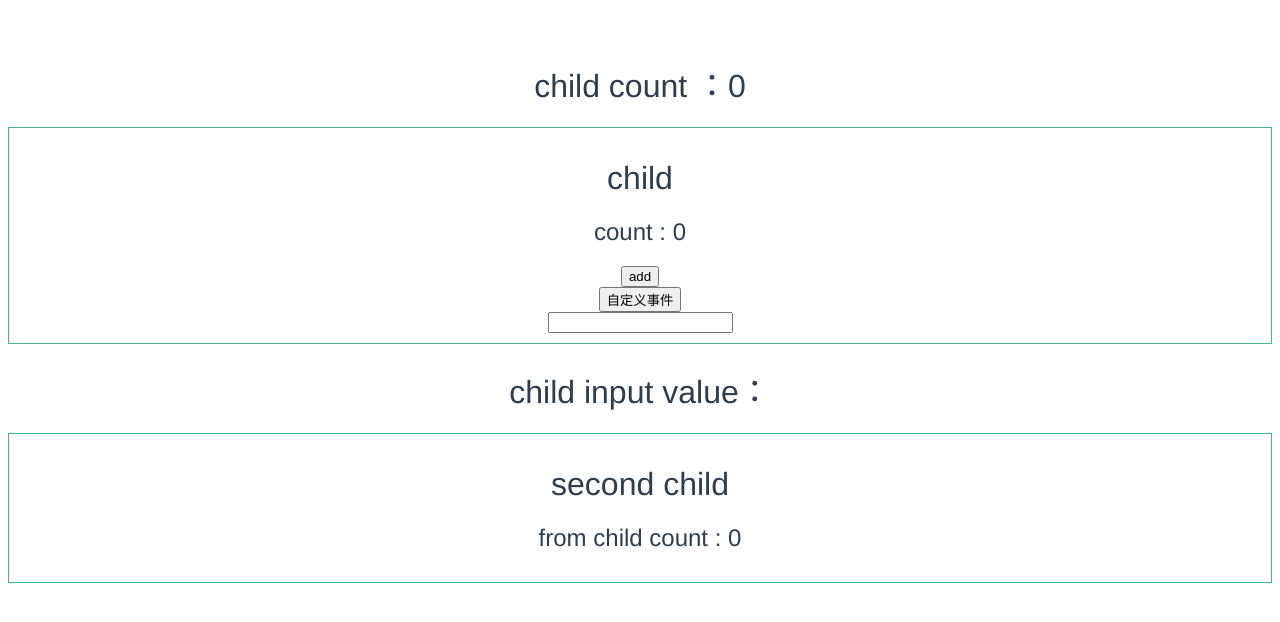
Repository: NotTooTwo/vueRouter
Page: /#/
The author's editor kept a copy of each file at every save. The page is drawn from the files as they stood at one save, then again after the next save.
The browser window is 1280 px wide. The pictures show the whole page.
The project was rebuilt for these pictures with package versions that can differ from the ones it lists, and the page was loaded fresh each time.

Above is the page before, as saved 2018-03-13 14:29:43.

### src/components/HelloWorld.vue
<template>
  <div class="hello">
    <h1>child count ：{{childNum}}</h1>
    <!-- 子组件给父组件传参：子组件内(add()函数)$emit触发父组件的预定义的触发函数 -->
    <Child :countNum=childNum v-on:childCount="countChildNum"></Child>
    <h1>child input value：{{msg}}</h1>
    <second-child :countNum=childNum></second-child>
  </div>
</template>

<script>
import Child from './child'
import SecondChild from './secondChild'

export default {
  name: 'HelloWorld',
  data () {
    return {
      msg: '',
      childNum:0
    }
  },
methods:{
  countChildNum(num){
      this.childNum = num;
  }
},
mounted(){
  console.log(this.$events)
},
components:{
    Child,
    'second-child':SecondChild
  }
}
</script>

<!-- Add "scoped" attribute to limit CSS to this component only -->
<style scoped>
h1, h2 {
  font-weight: normal;
}
ul {
  list-style-type: none;
  padding: 0;
}
li {
  display: inline-block;
  margin: 0 10px;
}
a {
  color: #42b983;
}
</style>

### src/components/child.vue
<template>
  <div class="child">
    <h1>child</h1>
    <h2>count : {{count}}</h2>
    <button @click='add'>add</button>
    <div>
      <button @click='sendMsg'>自定义事件</button>
    </div>
    <div>
      <input type="text" v-model="childVal">
    </div>
  </div>
</template>

<script>
import bus from '../assets/bus.js'
export default {
  name: 'child',
  data () {
    return {
      msg: 'Welcome to Your Vue.js App',
      count: 0,
      childVal:''
    }
  },
  props:[
    'countNum'
  ],
  created(){
    this.count=this.countNum;
  },
  watch:{
      'childVal'(val,old){
          this.$parent.msg = val
      }
  },
  methods:{
    add(){
      ++this.count;
      this.$emit('childCount',this.count)
      bus.$emit('childCount',this.count)
    },
    sendMsg(){
      // console.log(this.$parent.msg)
      // this.$set(this.$parent,'msg',this.childVal)
      // this.$parent.msg = this.childVal;
      // this.$dispatch('childrenClick');
    }
  }
}
</script>

<!-- Add "scoped" attribute to limit CSS to this component only -->
<style scoped>
h1, h2 {
  font-weight: normal;
}
ul {
  list-style-type: none;
  padding: 0;
}
li {
  display: inline-block;
  margin: 0 10px;
}
a {
  color: #42b983;
}
.child{
  padding: 10px;
  border: 1px solid #42b983;

}
</style>

### src/components/secondChild.vue
<template>
  <div class="child">
    <h1>second child</h1>
    <h2>from child count : {{count}}</h2>
  </div>
</template>

<script>
import bus from '../assets/bus.js'

export default {
  name: 'secondChild',
  data () {
    return {
      msg: 'Welcome to Your Vue.js App',
      count: 0,
    }
  },
  props:[
    'countNum'
  ],
  created(){
    var _this= this;
    _this.count=_this.countNum;
    bus.$on("childCount",function (msg) {
                    _this.count=msg;
                })
  },
  watch:{
      'childVal'(val,old){
          this.$parent.msg = val
      }
  },
  methods:{
    add(){
      ++this.count;
      this.$emit('childCount',this.count)
    },
    sendMsg(){
      // console.log(this.$parent.msg)
      // this.$set(this.$parent,'msg',this.childVal)
      // this.$parent.msg = this.childVal;
      this.$dispatch('childrenClick');
    }
  }
}
</script>

<!-- Add "scoped" attribute to limit CSS to this component only -->
<style scoped>
h1, h2 {
  font-weight: normal;
}
ul {
  list-style-type: none;
  padding: 0;
}
li {
  display: inline-block;
  margin: 0 10px;
}
a {
  color: #42b983;
}
.child{
  padding: 10px;
  border: 1px solid #42b983;

}
</style>

Loaded but not shown: index.html (common file); src/main.js (common file); src/App.vue (common file); src/router/index.js (common file); src/assets/bus.js (common file)

After the next save:
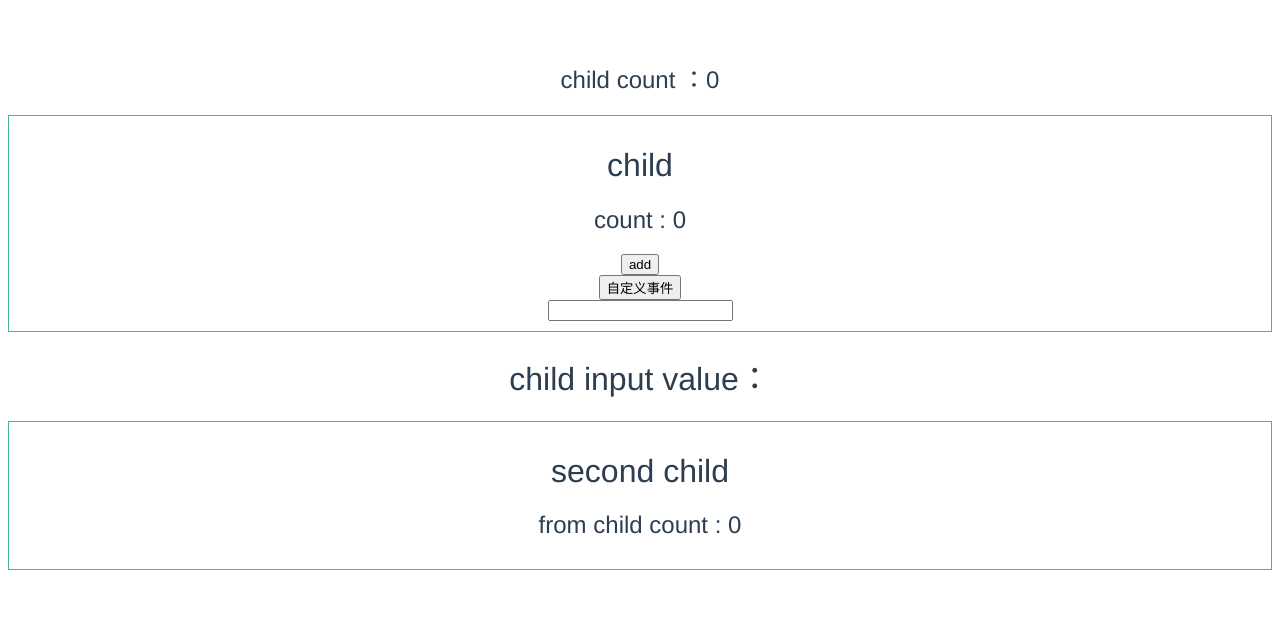
Saved 19 s later.
--- a/src/components/HelloWorld.vue
+++ b/src/components/HelloWorld.vue
@@ -1,6 +1,7 @@
 <template>
   <div class="hello">
-    <h1>child count ：{{childNum}}</h1>
+    <h1></h1>
+    <h2>child count ：{{childNum}}</h2>
     <!-- 子组件给父组件传参：子组件内(add()函数)$emit触发父组件的预定义的触发函数 -->
     <Child :countNum=childNum v-on:childCount="countChildNum"></Child>
     <h1>child input value：{{msg}}</h1>
